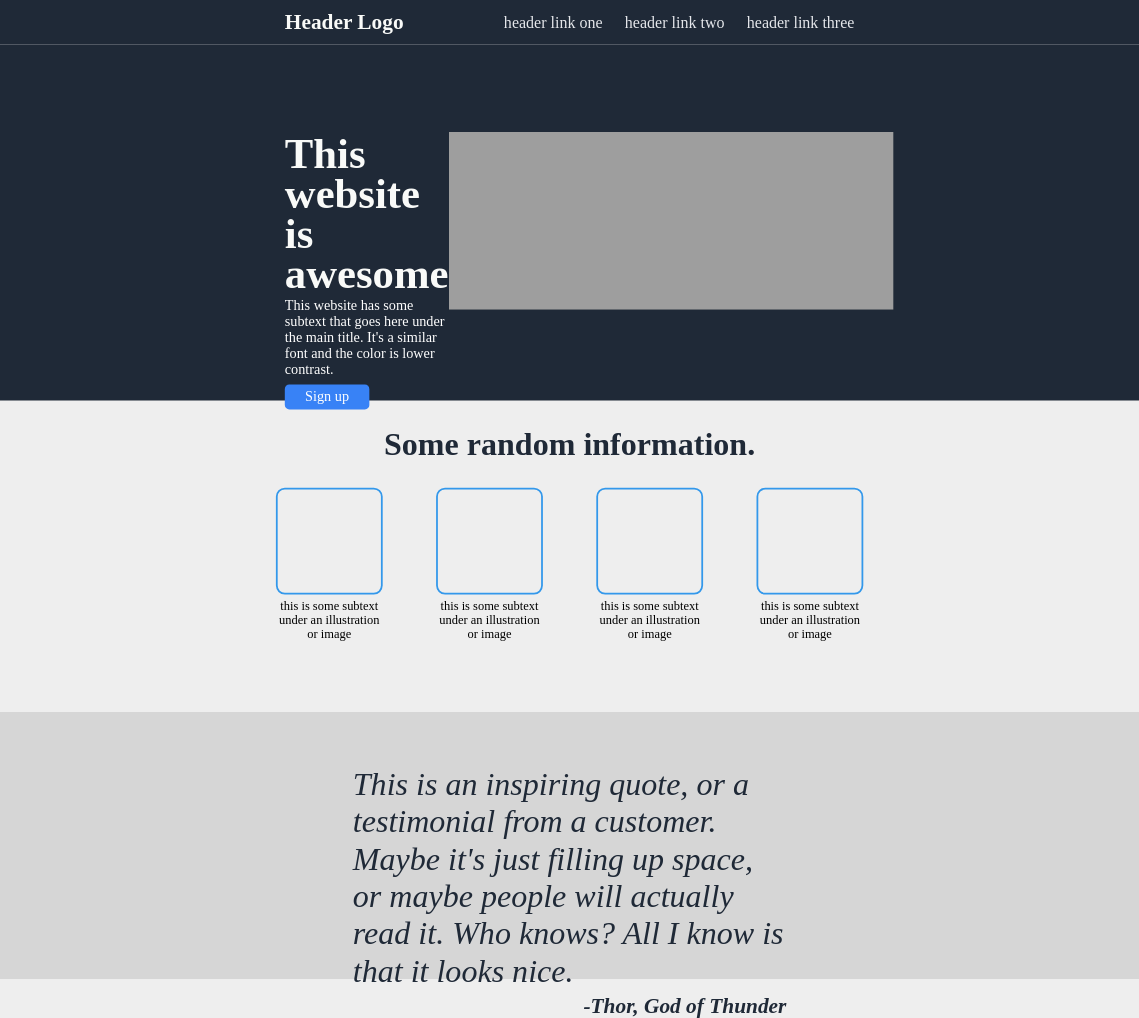
Repository: Pafestivo/Dummy-Landing-Page
Page: index.html
The author's editor kept a copy of each file at every save. The page is drawn from the files as they stood at one save, then again after the next save.
The browser window is 1280 px wide. The pictures show the whole page, at 89% of full size.
Pictures or frames that could not be fetched are drawn as grey boxes.

Above is the page before, as saved 2022-09-26 19:22:45.

### index.html
<!DOCTYPE html>
<html lang="en">
<head>
    <meta charset="UTF-8">
    <meta name="viewport" content="width=device-width, initial-scale=1.0">
    <link rel="stylesheet" href="styles.css">
    <title>Landing Page</title>
</head>
<body>
    <header>
        <div class="container">
            <h1>Header Logo</h1>
            <nav>
                <a href="#">header link one</a>
                <a href="#">header link two</a>
                <a href="#">header link three</a>
            </nav>
        </div> <!-- /container-->
    </header>
    <main>
        <section class="first">
            <div class="container">

                <div class="right">
                    <h1>This website is awesome</h1>
                    <p>This website has some subtext that goes here under the main title. It's a similar font and the color is lower contrast.</p>
                    <a href="#">Sign up</a>
                </div> <!-- /right -->

                <div class="left">
                    <img src="images/office.jpg" alt="Office desk photo" />
                </div> <!-- /left -->

            </div> <!-- /container-->
        </section> <!-- /first -->

        <section class="second">
            <div class="container">

                <h1>Some random information.</h1>
                <div class="boxes">
                    <div class="info">
                        <div class="box"></div>
                        <div class="box-info">
                            <p>this is some subtext under an illustration or image</p>
                        </div> <!-- /box-info -->
                    </div> <!-- /info -->

                    <div class="info">
                        <div class="box"></div>
                        <div class="box-info">
                            <p>this is some subtext under an illustration or image</p>
                        </div> <!-- /box-info -->
                    </div> <!-- /info -->

                    <div class="info">
                        <div class="box"></div>
                        <div class="box-info">
                            <p>this is some subtext under an illustration or image</p>
                        </div> <!-- /box-info -->
                    </div> <!-- /info -->

                    <div class="info">
                        <div class="box"></div>
                        <div class="box-info">
                            <p>this is some subtext under an illustration or image</p>
                        </div> <!-- /box-info -->
                    </div> <!-- /info -->

                </div> <!-- /boxes-->
            </div> <!-- /container-->
        </section> <!-- /second -->

        <section class="third">
            <div class="container">
                <p>This is an inspiring quote, or a testimonial from a customer. Maybe it's just filling up space, or maybe people will actually read it. Who knows? All I know is that it looks nice.</p>
                <p class="quote-owner">-Thor, God of Thunder</p>
            </div> <!-- /container-->
        </section> <!-- /third -->

        <section class="fourth">
            <div class="container">

            </div> <!-- /container-->
        </section> <!-- /fourth -->

        <footer>

        </footer>
    </main>
</body>
</html>

### styles.css
* {
  padding: 0;
  margin: 0;
  box-sizing: border-box;
}

body {
  font-family: serif;
  background-color: #eee;
}

.container {
  width: 50vw;
  margin: 0 auto;
}

a {
  text-decoration: none;
  color: inherit;
}

/* header bar */
header {
  display: flex;
  align-items: center;
  background-color: #1F2937;
  color: #fff;
  height: 50px;
}

header h1 {
  font-size: 24px;
  color: #F9FAF8;
}

header .container {
  display: flex;
  justify-content: space-between;
}

header nav {
  display: flex;
  align-items: center;
  gap: 25px;
}

header a {
  font-size: 18px;
  color: #E5E7EB;
}
/* End header bar  */

/* First section  */
.first {
  background-color: #1F2937;
  height: 400px;
  color: #fff;
}

.first .container {
  display: flex;
  align-items: center;
  justify-content: space-between;
  height: 100%;
}

.right {
  display: flex;
  flex-direction: column;
  gap: 4px;
  height: 200px;
  width: 40%;
}

.right h1 {
  font-size: 48px;
  font-weight: extra-bold;
  color: #F9FAF8;
  line-height: 45px;
}

right p {
  font-size: 18px;
  color: #E5E7EB;
}

.first img {
  width: 500px;
  height: 200px;
}

.first a {
  background-color: #3882F6;
  width: 95px;
  padding: 5px;
  border-radius: 5px;
  margin-top: 4px;
  text-align: center;

}
/* End first section  */

/* Second section */
.second {
  height: 350px;
}

.second h1 {
  text-align: center;
  font-size: 36px;
  font-weight: extra-bold;
  color: #1F2937;
  padding: 28px 0 28px 0;
}

.boxes {
  display: flex;
  justify-content: center;
  gap: 60px;
}

.box {
  width: 120px;
  height: 120px;
  border: 2px solid hsl(207, 82%, 56%);
  border-radius: 10px;
}

.box-info {
  margin-top: 5px;
  width: 120px;
  font-size: 14px;
  text-align: center;
}
/* End second section  */

/* Third section  */
.third {
  background-color: #d6d6d6;
  height: 300px;
  padding: 60px;
}

.third .container {
  display: flex;
  width: 42%;
  flex-direction: column;
}

.third p {
  font-size: 36px;
  font-style: italic;
  color: #1F2937;
}

.third .quote-owner {
  font-size: 24px;
  align-self: flex-end;
  font-style: none;
  font-weight: bold;
  margin-top: 5px;
}
/* End third section  */

After the next save:
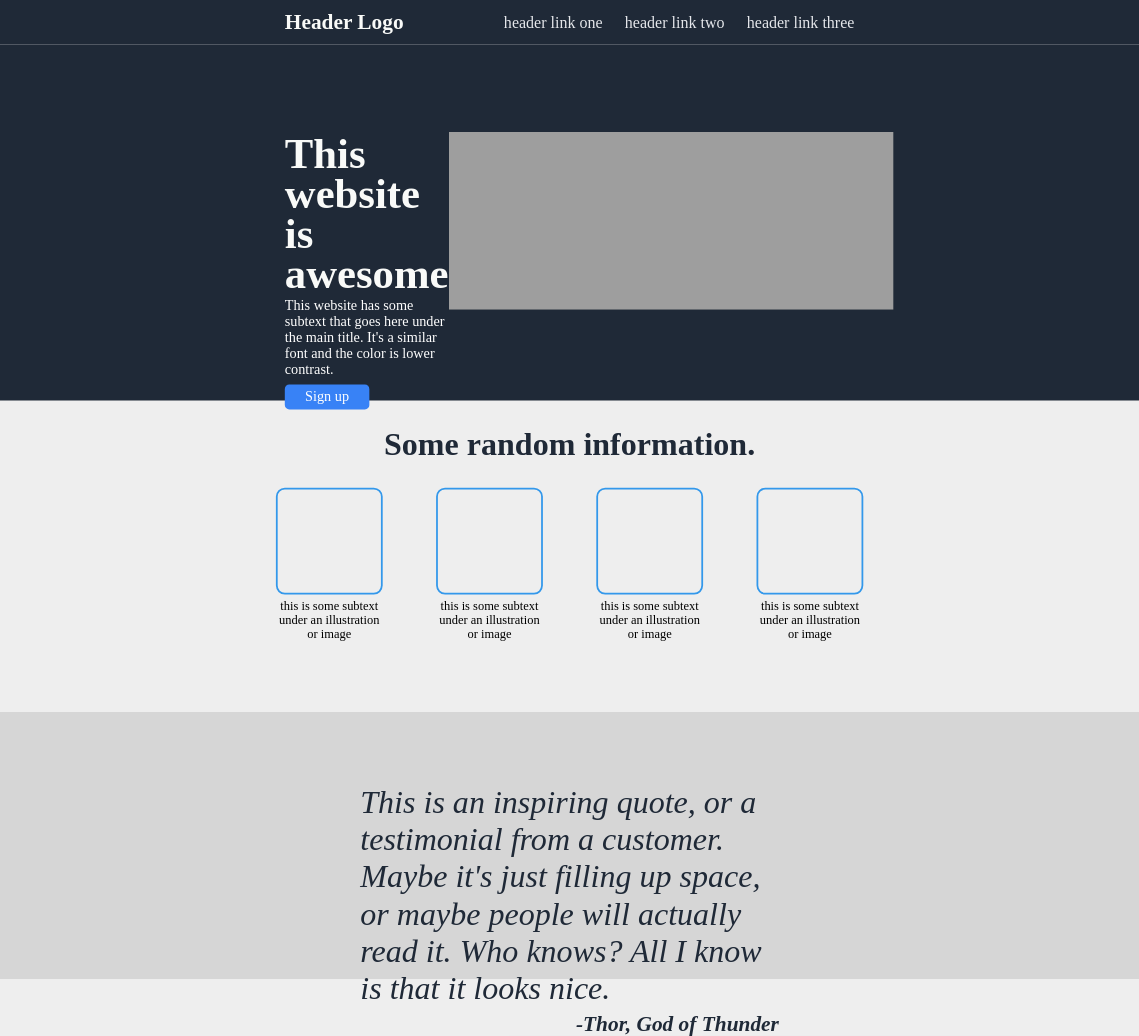
Saved 7 s later.
--- a/styles.css
+++ b/styles.css
@@ -138,7 +138,7 @@ right p {
 .third {
   background-color: #d6d6d6;
   height: 300px;
-  padding: 60px;
+  padding: 80px;
 }
 
 .third .container {
